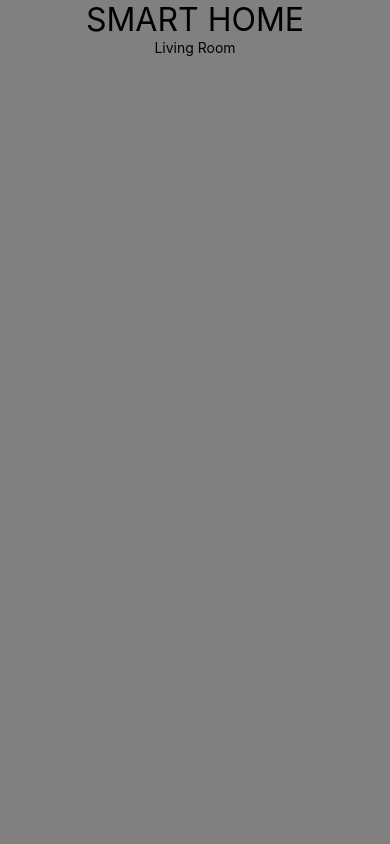
Repository: NQD2308/CNTT3
Screen: / (app in Week 5/home work/ListThietBi/)
An editor plug-in stored every save of this project. The screen is shown before and after a run of saves, followed by the edit.
The app was drawn by React Native's web renderer in a window 390 px wide. The project was rebuilt for these pictures with package versions that can differ from the ones it lists, and the page was loaded fresh each time.

Above is the screen before, as saved 2024-04-11 22:28:00.

### Week 5/home work/ListThietBi/App.js
import { StatusBar } from 'expo-status-bar';
import { StyleSheet, Text, View } from 'react-native';

export default function App() {
  return (
    <View style={styles.container}>
      <Text style={styles.headerText}>SMART HOME</Text>
      <Text>Living Room</Text>
      <StatusBar style="auto" />
    </View>
  );
}

const styles = StyleSheet.create({
  container: {
    flex: 1,
    backgroundColor: 'gray',
    alignItems: 'center',
  },
  headerText: {
    fontSize: 32
  },
});

After the next 3 saves:
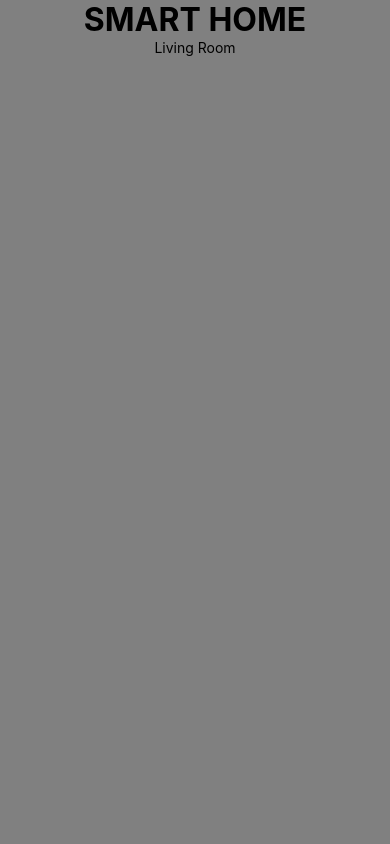
The 3 saves are shown as one change because they came seconds apart.
The last was saved 25 s later.
--- a/Week 5/home work/ListThietBi/App.js
+++ b/Week 5/home work/ListThietBi/App.js
@@ -18,6 +18,7 @@ const styles = StyleSheet.create({
     alignItems: 'center',
   },
   headerText: {
-    fontSize: 32
+    fontSize: 32,
+    fontWeight: 'bold'
   },
 });
